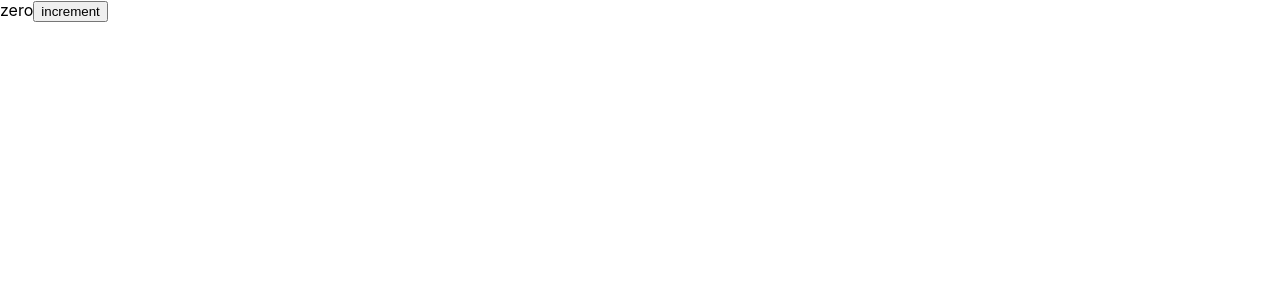
Repository: AvinashLikesToLearnNewStuff/Counter_app
Page: /
These files come from the project's save history. The page is drawn as it stood at one moment and after the next save; the edit follows.
The browser window is 1280 px wide. The pictures show the whole page.
The project was rebuilt for these pictures with package versions that can differ from the ones it lists, and the page was loaded fresh each time. Also part of the build but not shown: src/components/navbar.jsx, src/App.css, src/App.js. Imported but missing from the stored project, and not drawn on this page: src/components/counters.

Above is the page before, as saved 2023-02-27 09:16:15.

After the next save:
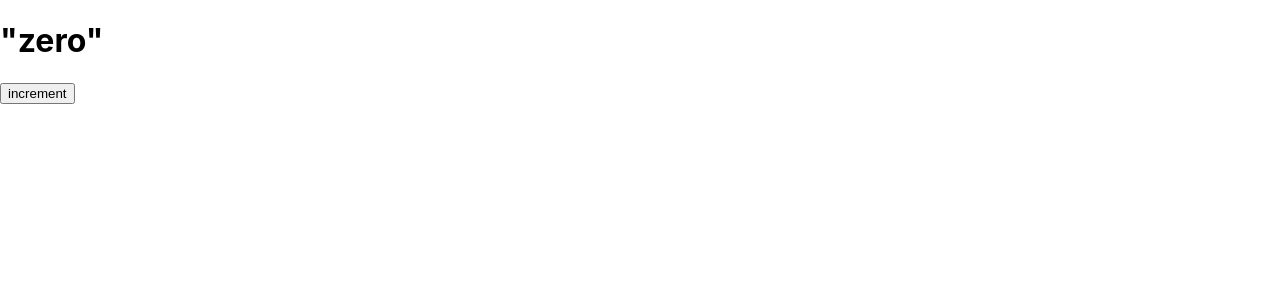
Saved 50 s later.
--- a/src/components/counter.jsx
+++ b/src/components/counter.jsx
@@ -16,7 +16,7 @@
 
   formatCount() {
     const { count } = this.state;
-    return count === 0 ? "zero" : count;
+    return count === 0 ? <h1>"zero"</h1> : count;
   }
 }
 

After the save that followed:
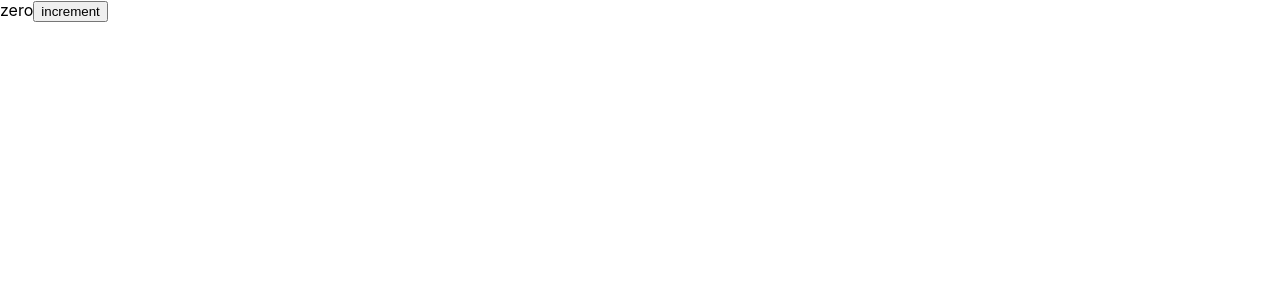
Saved 51 s later.
--- a/src/components/counter.jsx
+++ b/src/components/counter.jsx
@@ -16,7 +16,7 @@
 
   formatCount() {
     const { count } = this.state;
-    return count === 0 ? <h1>"zero"</h1> : count;
+    return count === 0 ? "zero" : count;
   }
 }
 
